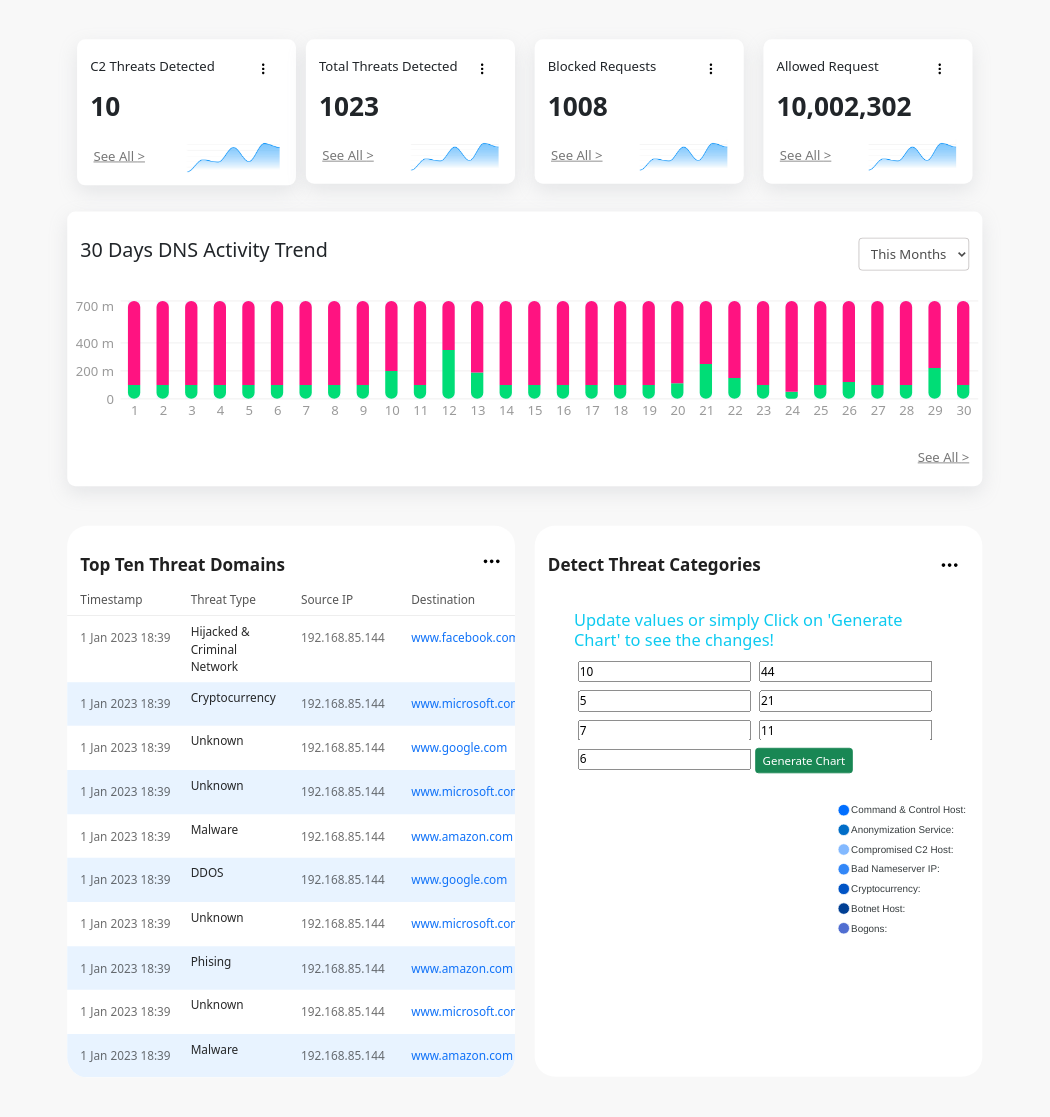
Repository: badhon252/dashboard
Page: /
These files come from the project's save history. The page is drawn as it stood at one moment and after a run of saves; the edit follows.
The browser window is 1280 px wide. The pictures show the whole page, at 82% of full size.
The project was rebuilt for these pictures with package versions that can differ from the ones it lists, and the page was loaded fresh each time. Also part of the build but not shown: vite.config.js.

Above is the page before, as saved 2023-01-30 02:56:31.

After the next 2 saves:
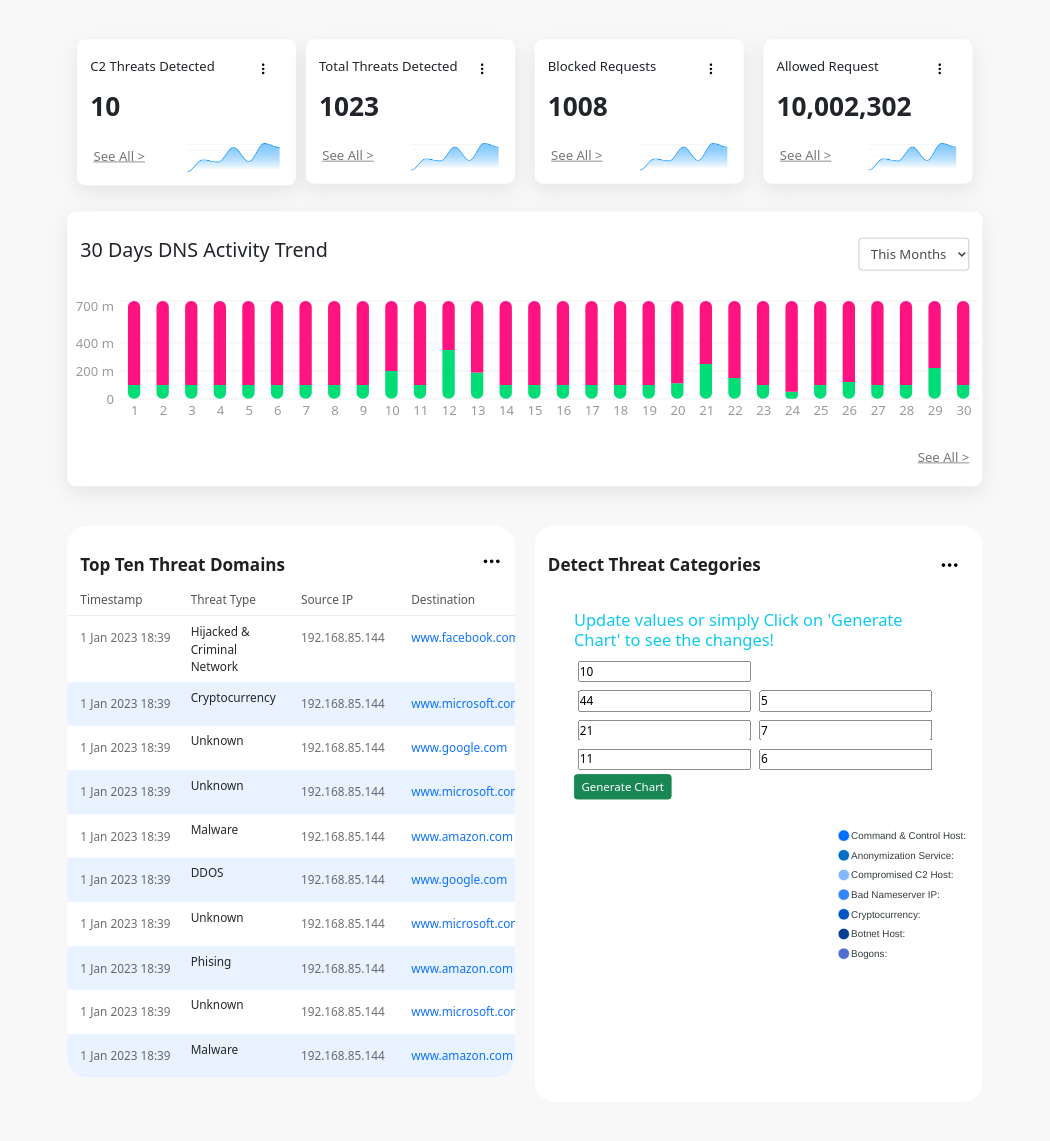
The 2 saves are shown as one change because they came seconds apart.
The last was saved 53 s later.
--- a/src/Components/Analysis/Graph/Graph.jsx
+++ b/src/Components/Analysis/Graph/Graph.jsx
@@ -1,5 +1,6 @@
 import React, { useState } from "react";
 import ApexCharts from "react-apexcharts";
+import DonutInput from "./DonutInput";
 
 function Graph() {
   const [inputValue1, setInputValue1] = useState(10);
@@ -126,11 +127,7 @@ function Graph() {
         <h5 className="text-info mx-auto">
           Update values or simply Click on 'Generate Chart' to see the changes!
         </h5>
-        <input
-          value={inputValue1}
-          onChange={handleChange1}
-          placeholder="Command & Control Host"
-        />
+        <DonutInput inputValue={inputValue1} onChange={handleChange1} />
         <input
           value={inputValue2}
           onChange={handleChange2}
